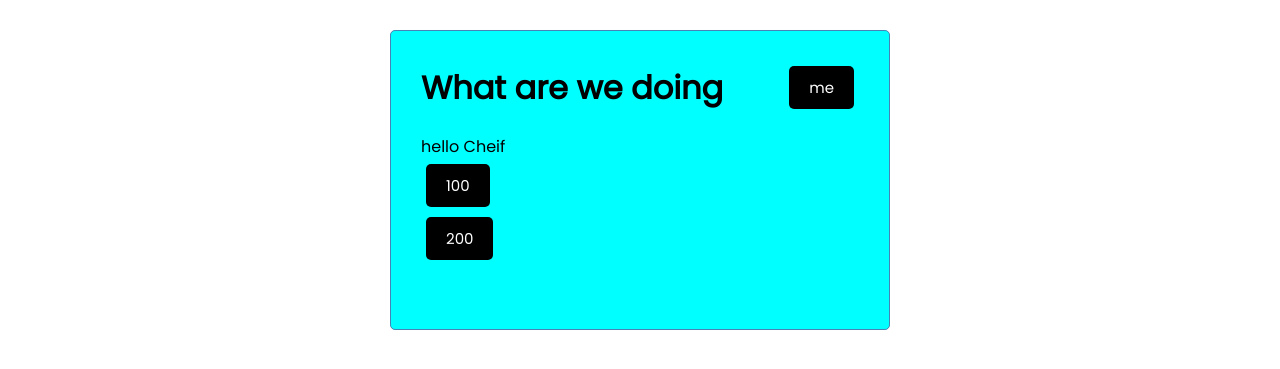
Repository: Jeffkw213/Learning_react
Page: / (app in myapp/)
These files come from the project's save history. The page is drawn as it stood at one moment and after a run of saves; the edit follows.
The browser window is 1280 px wide. The pictures show the whole page.
The project was rebuilt for these pictures with package versions that can differ from the ones it lists, and the page was loaded fresh each time.

Above is the page before, as saved 2021-04-29 16:28:46.

### myapp/src/index.css
@import url('https://fonts.googleapis.com/css2?family=Poppins:wght@300;400&display=swap');

* {
  box-sizing: border-box;
  margin: 0;
  padding: 0;
}

body {
  font-family: 'Poppins', sans-serif;
}

.container {
  max-width: 500px;
  margin: 30px auto;
  overflow: auto;
  min-height: 300px;
  border: 1px solid steelblue;
  padding: 30px;
  border-radius: 5px;
  background-color: aqua;

}

.header {
  display: flex;
  justify-content: space-between;
  align-items: center;
  margin-bottom: 20px;
}

.btn {
  display: inline-block;
  background: #000;
  color: #fff;
  border: none;
  padding: 10px 20px;
  margin: 5px;
  border-radius: 5px;
  cursor: pointer;
  text-decoration: none;
  font-size: 15px;
  font-family: inherit;
}

.btn:focus {
  outline: none;
}

.btn:active {
  transform: scale(0.98);
}

.btn-block {
  display: block;
  width: 100%;
}

.task {
  background: #f4f4f4;
  margin: 5px;
  padding: 10px 20px;
  cursor: pointer;
}

.task.reminder {
  border-left: 5px solid green;
}

.task h3 {
  display: flex;
  align-items: center;
  justify-content: space-between;
}

.add-form {
  margin-bottom: 40px;
}

.form-control {
  margin: 20px 0;
}

.form-control label {
  display: block;
}

.form-control input {
  width: 100%;
  height: 40px;
  margin: 5px;
  padding: 3px 7px;
  font-size: 17px;
}

.form-control-check {
  display: flex;
  align-items: center;
  justify-content: space-between;
}

.form-control-check label {
  flex: 1;
}

.form-control-check input {
  flex: 2;
  height: 20px;
}

footer {
  margin-top: 30px;
  text-align: center;
}

### myapp/src/App.js
import Header from './Components/header'
import Body from './Components/body'
function App() {
  // const name = 'jeff'
  return (
    // <div className='container'>
    //  <h1> Starting of React </h1>
    //  <h2> Hello {name} </h2>
    // </div>
    <div className='container'>
      <Header />
      <Body />

    </div>
  );
}

export default App;

### myapp/src/Components/header.js
import PropTypes from 'prop-types'
import Button from './button'
const Header = ({title}) => {
    return (
        <header className= 'header'>
            <h1>{title}</h1>
            <Button name='me'/>
        </header>
    )
}

Header.defaultProps = {
    title: "What are we doing",
}

Header.propTypes= {
    title:PropTypes.string.isRequired,
}

export default Header

### myapp/src/Components/body.js
import Button from './button'
const body = ({text}) => {
    return (
        <div>
            <body className ='body'>{text}
                <Button name='100' func={()=>{console.log("HELLO")}}/>
                <Button name='200'func={()=>{ myFunction()}}/>
            </body>
        </div>
    )
}

body.defaultProps = {
    text: "hello Cheif",
}

function myFunction(){
    document.getElementsByName('200').style.color = 'red';
}

export default body

### myapp/src/Components/button.js
const button = ({name, func}) => {
    return (
        <div>
            <button className='btn' onClick={func}>{name}</button>
        </div>
    )
}

button.defaultProps = {
    name: "button",
}

export default button

Loaded but not shown: myapp/public/index.html (common file); myapp/src/index.js (common file); myapp/src/reportWebVitals.js (common file)

After the next 3 saves:
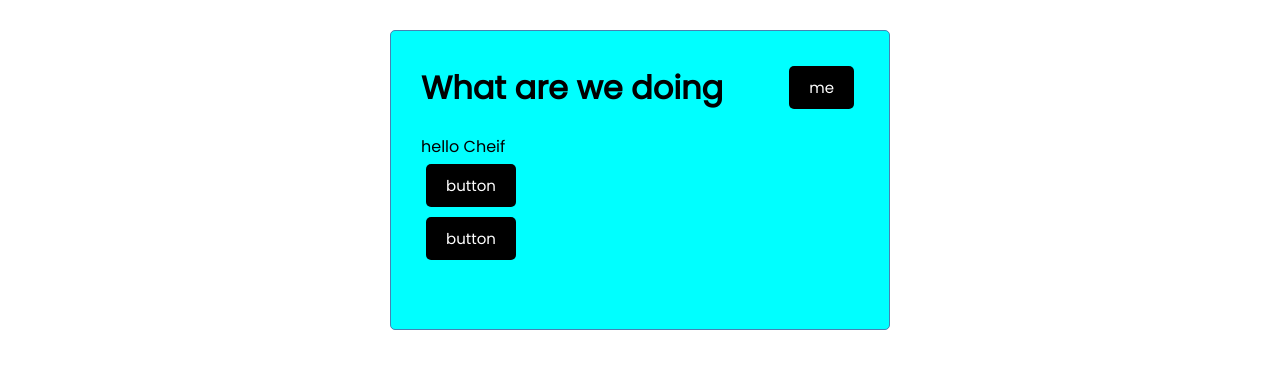
The 3 saves are shown as one change because they came seconds apart.
The last was saved 17 s later.
--- a/myapp/src/Components/body.js
+++ b/myapp/src/Components/body.js
@@ -3,8 +3,8 @@
     return (
         <div>
             <body className ='body'>{text}
-                <Button name='100' func={()=>{console.log("HELLO")}}/>
-                <Button name='200'func={()=>{ myFunction()}}/>
+                <Button Name='100' func={()=>{console.log("HELLO")}}/>
+                <Button Name='200'func={()=>{ myFunction()}}/>
             </body>
         </div>
     )

After the save that followed:
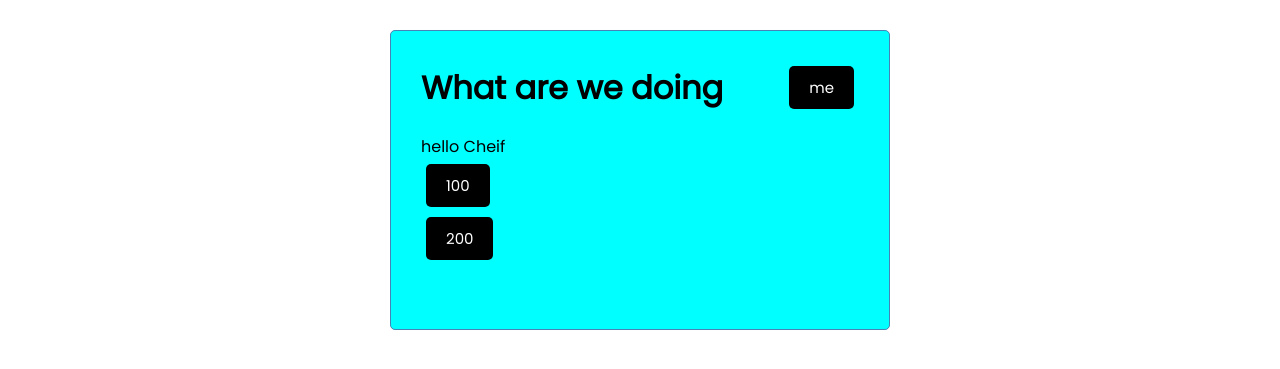
Saved 16 s later.
--- a/myapp/src/Components/body.js
+++ b/myapp/src/Components/body.js
@@ -3,8 +3,8 @@
     return (
         <div>
             <body className ='body'>{text}
-                <Button Name='100' func={()=>{console.log("HELLO")}}/>
-                <Button Name='200'func={()=>{ myFunction()}}/>
+                <Button name='100' func={()=>{console.log("HELLO")}}/>
+                <Button name='200'func={()=>{ myFunction()}}/>
             </body>
         </div>
     )
